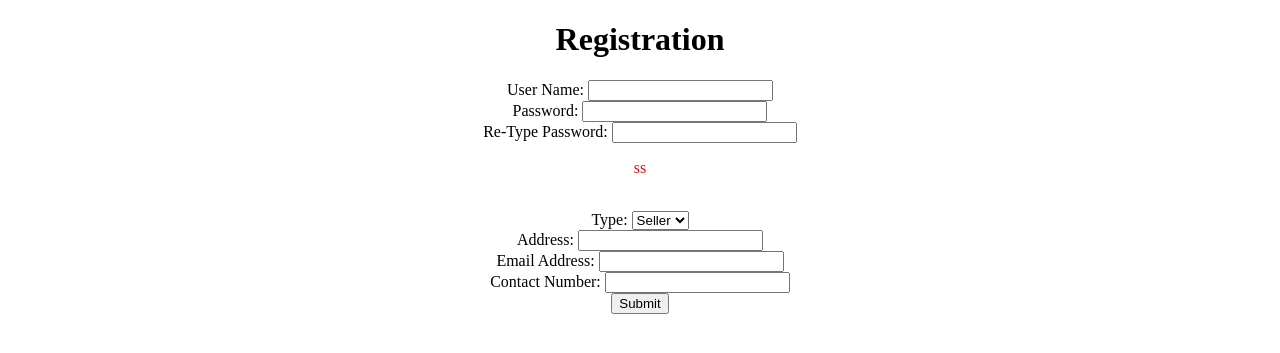
Repository: HariharanMiracle/CodeComplexity
Page: http://localhost/Paf_assignment/Register.jsp
These files come from the project's save history. The page is drawn as it stood at one moment and after the next save; the edit follows.
The browser window is 1280 px wide. The pictures show the whole page.
The page is served by Tomcat 9.

Above is the page before, as saved 2019-04-29 19:28:13.

After the next save:
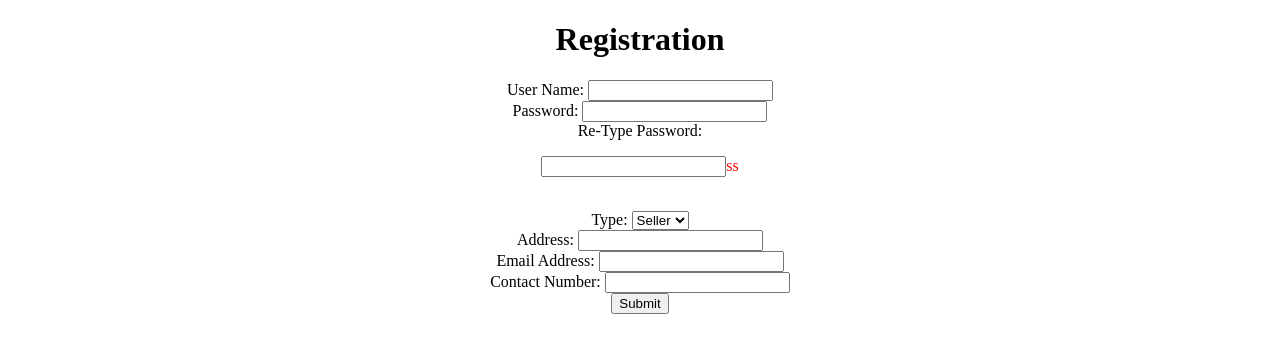
Saved 38 s later.
--- a/Paf_assignment/WebContent/Register.jsp
+++ b/Paf_assignment/WebContent/Register.jsp
@@ -14,7 +14,7 @@
 					<h1>Registration</h1>
 					<label>User Name:</label> <input type="text" name="username" id = "username" required/><br/>
 					<label>Password:</label> <input type="password" name="password" id = "pw" required/><br/>
-					<label>Re-Type Password:</label> <input type="password" name="rpassword" id = "cpw" required/><p id="password" style="color:red">ss</p><br/>
+					<label>Re-Type Password:</label> <p id="password" style="color:red"><input type="password" name="rpassword" id = "cpw" required/>ss</p><br/>
 					<label>Type:</label>
 					<select name = "type">
 					  <option value="Seller">Seller</option>
